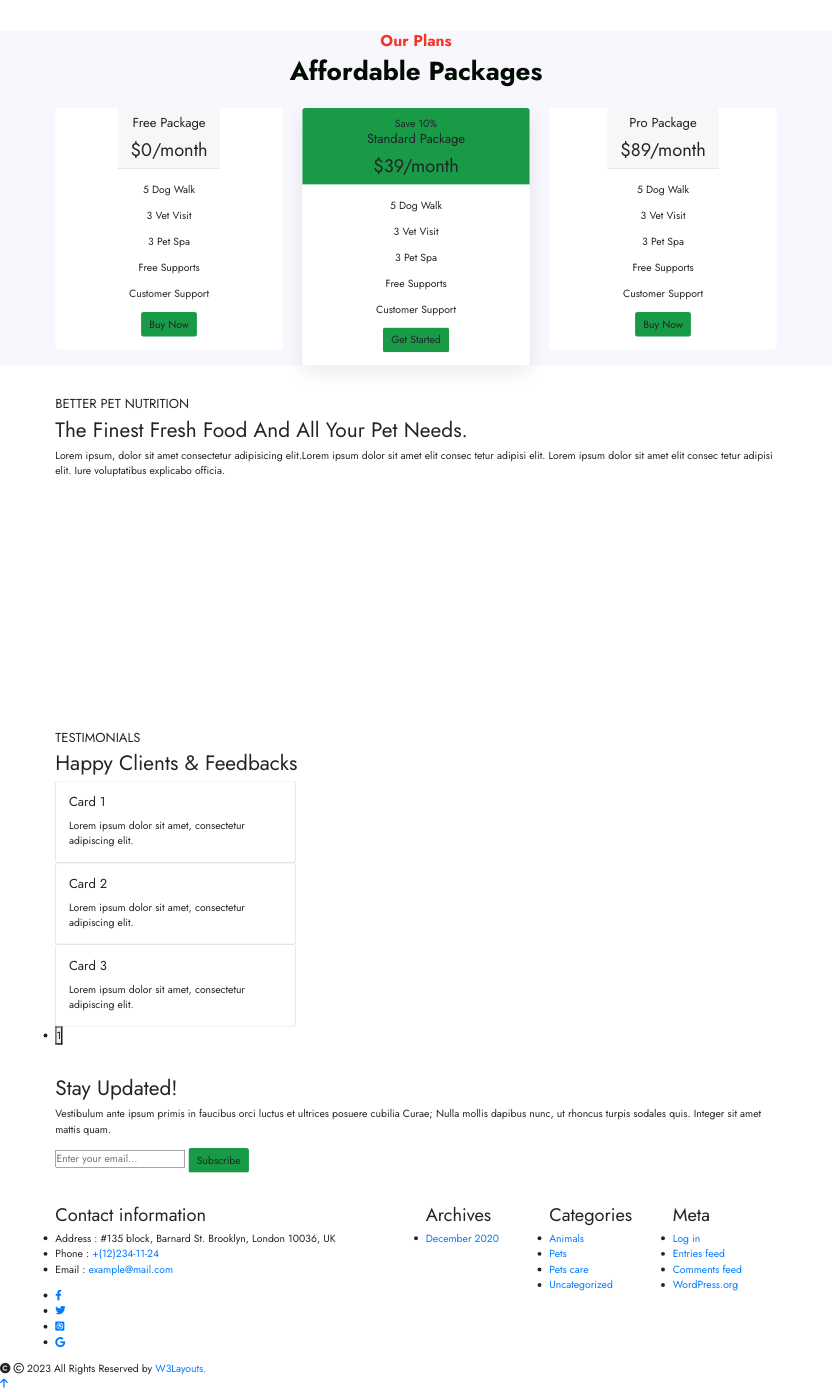
Repository: thanhfrankie/poochcare
Page: index.html
The author's editor kept a copy of each file at every save. The page is drawn from the files as they stood at one save, then again after the next save.
The browser window is 1280 px wide. The pictures show the whole page, at 65% of full size.
Pictures or frames that could not be fetched are drawn as grey boxes.

Above is the page before, as saved 2023-12-20 22:01:48.

After the next save:
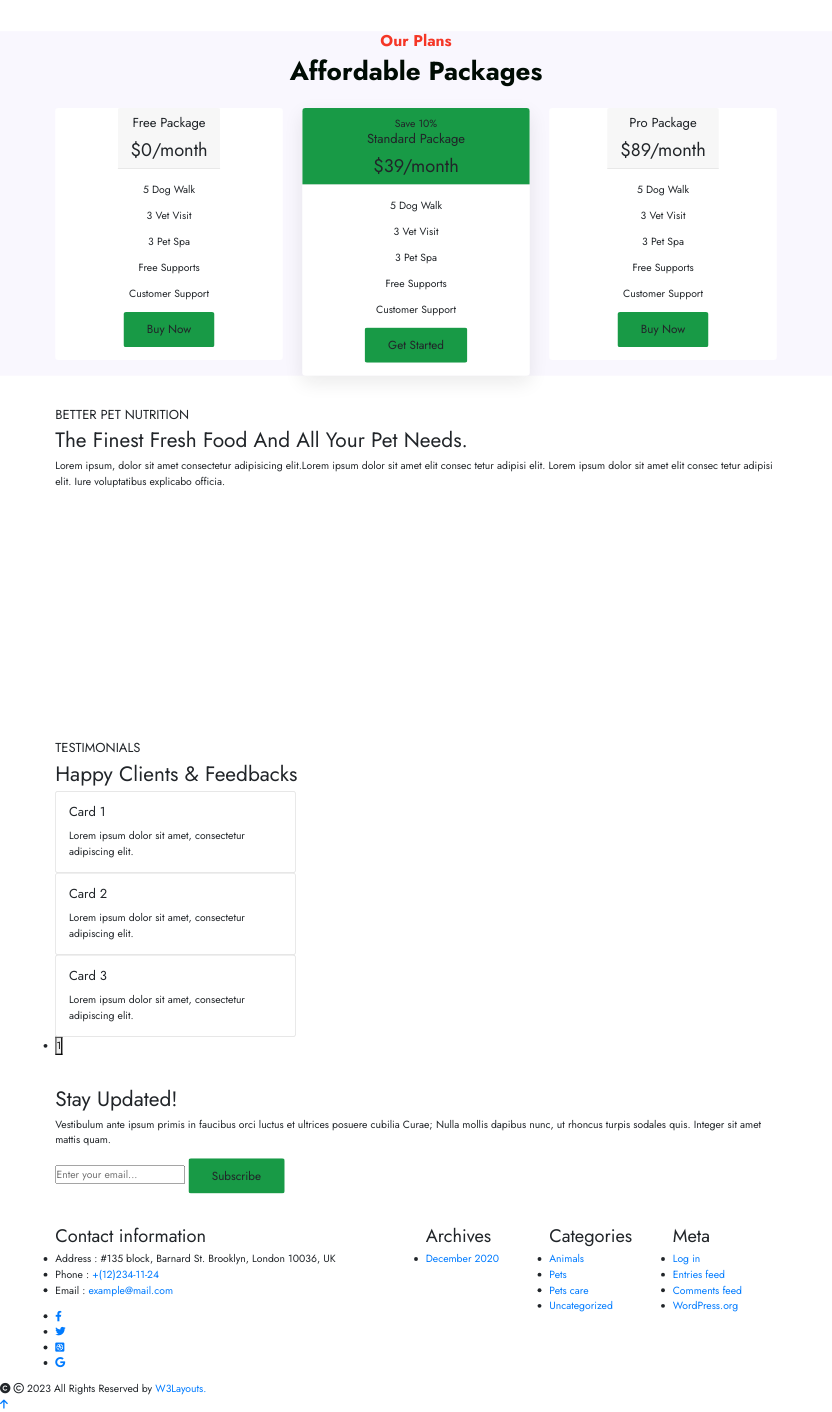
Saved 66 s later.
--- a/css/pricing.css
+++ b/css/pricing.css
@@ -51,4 +51,9 @@
 }
 .btn-buy:hover,.btn, .btn-primary {
     background-color: #189a46;
+    padding: 12px 35px;
+    font-size: 18px;
+    line-height: 28px;
+    text-transform: capitalize;
+    font-weight: 400;
 }
